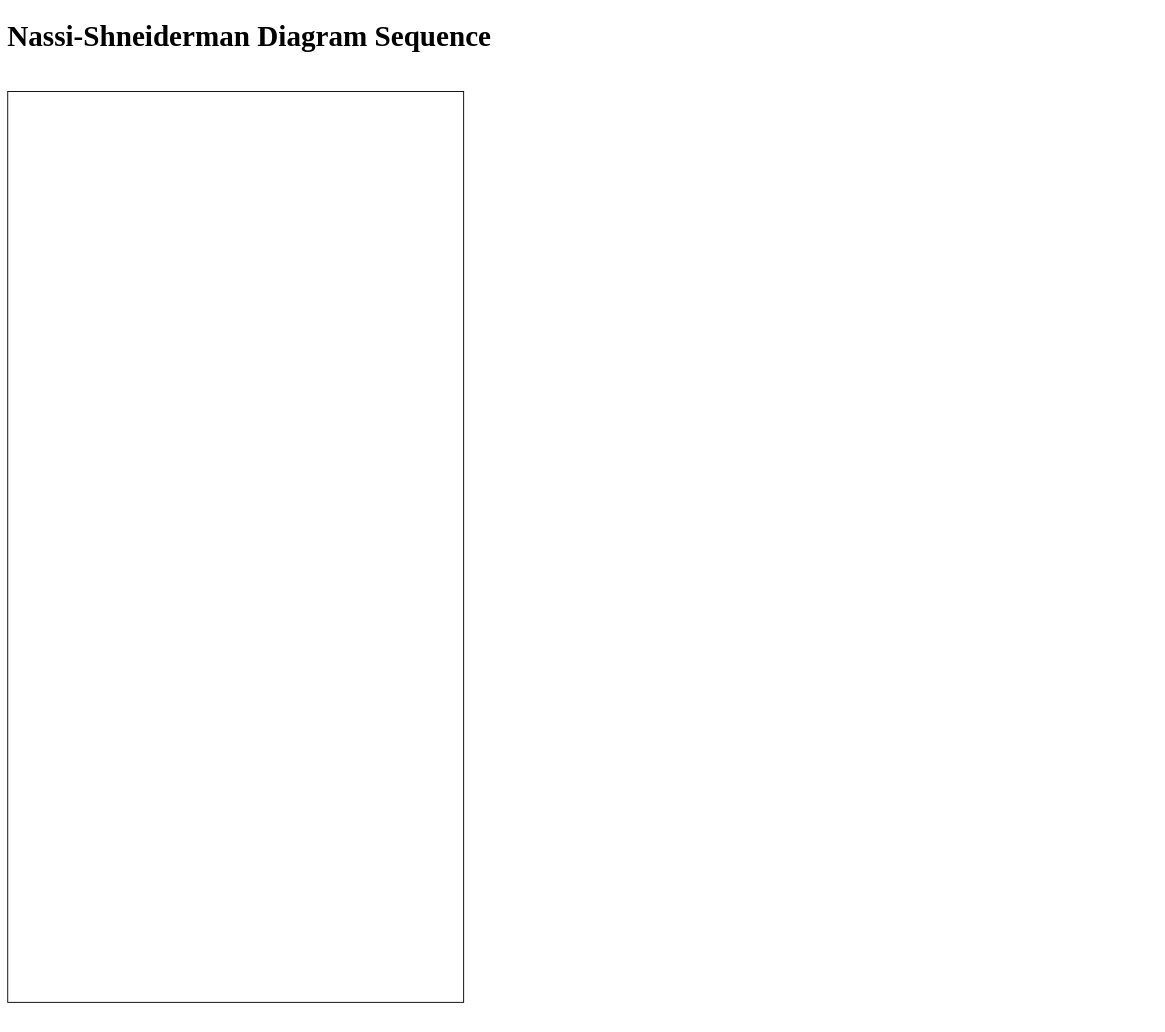
Repository: fabsch225/Nassi-Shneiderman-Compiler
Page: demo.html
An editor plug-in stored every save of this project. The page is shown before and after the next save, followed by the edit.
The browser window is 1280 px wide. The pictures show the whole page, at 91% of full size.

Above is the page before, as saved 2024-05-15 23:17:47.
Console error: TypeError: Cannot read properties of undefined (reading 'length')

After the next save:
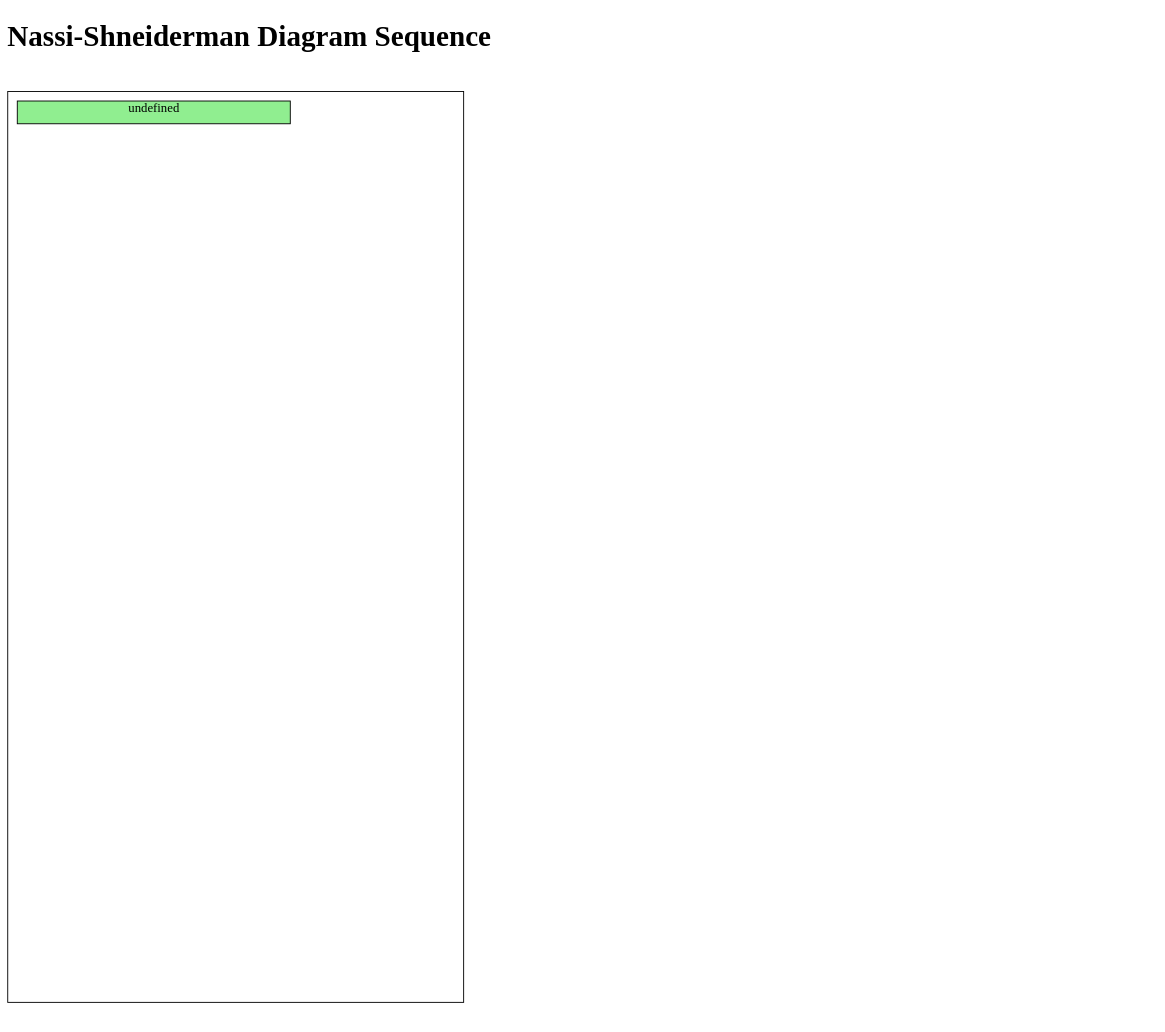
The error is gone.
Saved 27 s later.
--- a/demo.html
+++ b/demo.html
@@ -50,7 +50,7 @@
         }
         print(23)
     `;
-    var svg = convert(lex_front(code));
+    var svg = convert(10, 10, 300, 50, lex_front(code));
     svgContainer.innerHTML += svg;
 </script>
 </body>
